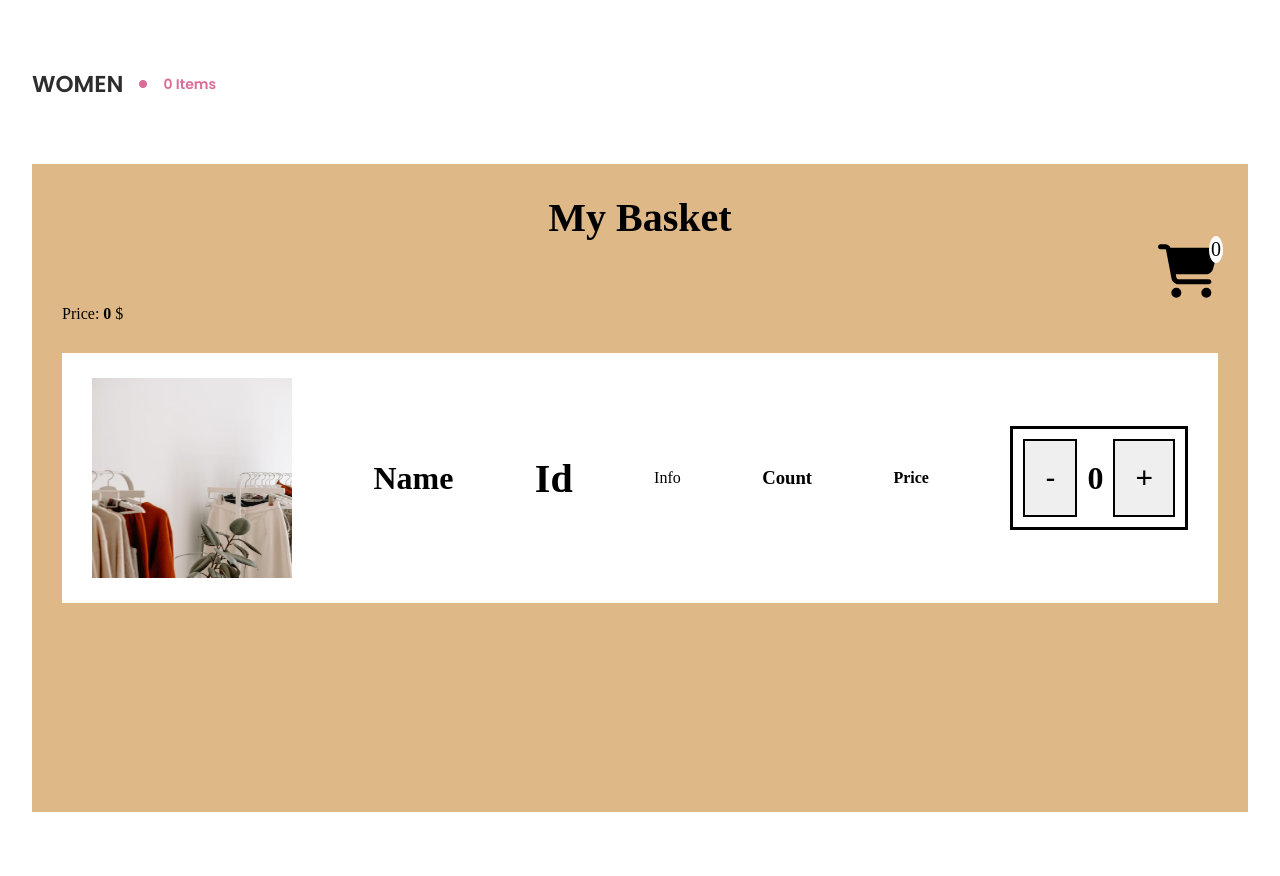
Repository: PoladEziz/Ecommerce-Page
Page: pages/shopPage/index.html
An editor plug-in stored every save of this project. The page is shown before and after the next save, followed by the edit.
The browser window is 1280 px wide. The pictures show the whole page.

Above is the page before, as saved 2023-11-09 15:54:49.
Console error: TypeError: Cannot read properties of null (reading 'length')

### pages/shopPage/index.html
<!DOCTYPE html>
<html lang="en">
  <head>
    <meta charset="UTF-8" />
    <meta name="viewport" content="width=device-width, initial-scale=1.0" />
    <title>Document</title>
    <link
      rel="stylesheet"
      href="https://cdnjs.cloudflare.com/ajax/libs/font-awesome/6.4.2/css/all.min.css"
      integrity="sha512-z3gLpd7yknf1YoNbCzqRKc4qyor8gaKU1qmn+CShxbuBusANI9QpRohGBreCFkKxLhei6S9CQXFEbbKuqLg0DA=="
      crossorigin="anonymous"
      referrerpolicy="no-referrer"
    />
    <link rel="stylesheet" href="../../assets/css/reset.css" />
    <link rel="stylesheet" href="./index.css" />
  </head>
  <body>
    <div class="shop-page">
      <div class="head">
        <h1>WOMEN</h1>
        <img src="../../assets/img/Ellipse 1.png" alt="" />
        <h2>0 Items</h2>
      </div>
      <div class="main">
        <ul>
          <!-- <li>
            <div class="image-box">
              <img
                class="main-photo"
                src="../../assets/img/image 13.png"
                alt=""
              />
              <div class="buttons-box">
                <div class="ratigns">
                  <img
                    src="../../assets/img/icon emojione-star.png"
                    alt=""
                    srcset=""
                  />
                  <h5>4.3</h5>
                </div>
                <button>
                  <img src="../../assets/img/no-fav.svg" alt="" />
                </button>
              </div>
            </div>

            <h3>Forever 21</h3>
            <p>Plush body-hug sweater</p>
            <h4>Rs. 1790</h4>
            <div class="buttons">
              <button class="add">
                <i class="fa-solid fa-cart-shopping"></i>
              </button>
              <button class="delete">
                <i class="fa-sharp fa-solid fa-trash"></i>
              </button>
            </div>
          </li> -->
        </ul>
      </div>
      <div class="basket">
        <h2>My Basket</h2>
        <div class="basket-icon">
          <img class="shop-icon-img" src="../../assets/img/cart-shopping-solid.svg" alt="">
          <p class="number-p">0</p>
        </div>
        <p>Price: <b class="total-price">0</b> $</p>
        <ul>
          <li><img src="../../assets/img/image 1.png" alt="">
          <h1>Name</h1>
          <h2>Id</h2>
          <p>Info</p>
          <h3>Count</h3>
          <h4>Price</h4>
          <div class="counter-div">
            <button class="decrease">-</button>
            <h1 class="counter">0</h1>
            <button class="increase">+</button>
          </div>
          </li>
        </ul>
      </div>
    </div>
  </body>
  <script src="./index.js"></script>
</html>

### assets/css/reset.css
*{
    padding: 0;
    margin: 0;
    box-sizing: border-box;
}
button{
    border: none;
}
li{
    list-style-type: none;
}
a{
    text-decoration: none;
}

### pages/shopPage/index.css
@import url("https://fonts.googleapis.com/css2?family=Poppins:wght@400;600&display=swap");
.shop-page {
  width: 100%;
  min-height: 100vh;
  padding: 64px 32px;
}
.shop-page .head {
  display: flex;
  align-items: center;
  margin-bottom: 40px;
}
.shop-page .head h1 {
  color: var(--text-color-primary, #2d2d2d);
  font-family: Poppins;
  font-size: 23px;
  font-style: normal;
  font-weight: 600;
  line-height: 32px;
}
.shop-page .head img {
  width: 8px;
  height: 8px;
  margin: 16px;
}
.shop-page .head h2 {
  color: var(--text-color-accent, #db6b97);
  font-family: Poppins;
  font-size: 14px;
  font-style: normal;
  font-weight: 600;
  line-height: 24px;
}
.shop-page .main ul {
  display: grid;
  grid-template-columns: repeat(4, 1fr);
  grid-row-gap: 50px;
  grid-column-gap: 120px;
}
.shop-page .main ul li {
  display: flex;
  flex-direction: column;
  gap: 16px;
}
.shop-page .main ul li .image-box {
  position: relative;
}
.shop-page .main ul li .image-box button {
  background: none;
}
.shop-page .main ul li .image-box .buttons-box {
  width: 100%;
  padding: 0 16px;
  position: absolute;
  bottom: 24px;
  display: flex;
  justify-content: space-between;
}
.shop-page .main ul li .ratigns {
  width: 55px;
  height: 24px;
  padding: 4px 8px;
  border-radius: 4px;
  background: var(--text-color-secondary, #fff);
  display: flex;
}
.shop-page .main ul li .ratigns h5 {
  margin-left: 4px;
  color: var(--text-color-primary, #2d2d2d);
  font-family: Poppins;
  font-size: 12px;
  font-style: normal;
  font-weight: 600;
  line-height: 16px;
}
.shop-page .main ul li .main-photo {
  width: 100%;
  height: 360px;
}
.shop-page .main ul li h3 {
  color: var(--text-color-primary, #2d2d2d);
  font-family: Poppins;
  font-size: 16px;
  font-style: normal;
  font-weight: 600;
  line-height: 24px;
}
.shop-page .main ul li p {
  color: var(--text-color-tertiary, #737373);
  font-family: Poppins;
  font-size: 14px;
  font-style: normal;
  font-weight: 400;
  line-height: 24px;
}
.shop-page .main ul li h4 {
  color: var(--text-color-accent, #db6b97);
  font-family: Poppins;
  font-size: 14px;
  font-style: normal;
  font-weight: 600;
  line-height: 24px;
}
.shop-page .main ul li .buttons {
  display: flex;
  align-items: center;
  justify-content: space-between;
}
.shop-page .main ul li .buttons i {
  font-size: 20px;
}
.shop-page .basket {
  width: 100%;
  min-height: 90vh;
  margin-top: 20px;
  padding: 30px;
  background-color: burlywood;
}
.shop-page .basket h2 {
  font-size: 40px;
  text-align: center;
}
.shop-page .basket .basket-icon {
  width: 60px;
  margin-left: auto;
  position: relative;
}
.shop-page .basket .basket-icon .shop-icon-img {
  width: 60px;
  height: 60px;
}
.shop-page .basket .basket-icon .number-p {
  position: absolute;
  top: -5px;
  right: -5px;
  font-size: 20px;
  background-color: #FFF;
  border: 2px solid white;
  border-radius: 50%;
}
.shop-page .basket ul {
  margin-top: 30px;
  display: flex;
  flex-direction: column;
}
.shop-page .basket ul li {
  display: flex;
  align-items: center;
  justify-content: space-between;
  padding: 30px;
  width: 100%;
  height: 250px;
  background-color: #FFF;
}
.shop-page .basket ul li img {
  width: 200px;
  height: 200px;
}
.shop-page .basket ul li .counter-div {
  display: flex;
  align-items: center;
  border: 3px solid black;
}
.shop-page .basket ul li .counter-div button {
  border: 2px solid black;
  padding: 20px;
  margin: 10px;
  font-size: 30px;
}/*# sourceMappingURL=index.css.map */

### pages/shopPage/index.js
let ul = document.querySelector("ul");
let h2 = document.querySelector("h2");
function getProduct() {
  let data = JSON.parse(localStorage.getItem("product"));

  h2.innerText = ` ${data.length} Items`;
  data.forEach((element) => {
    ul.innerHTML += `
    <li>
    <div class="image-box">
      <img
        class="main-photo"
        src="${element.productImg}"
        alt=""
      />
      <div class="buttons-box">
        <div class="ratigns">
          <img
            src="../../assets/img/icon emojione-star.png"
            alt=""
            srcset=""
          />
          <h5>4.3</h5>
        </div>
        <button class="no-fav-btn">
        <img class="no-fav" src="../../assets/img/no-fav.svg" alt="">
        </button>
      </div>
    </div>

    <h3>${element.productName} <br> # <span>${element.productId} </span>  </h3>
    <h5>${element.productInfo} <br> <p>${element.productCount}</p></h5>
    <h4>$ ${element.productAmount}</h4>
<div class="buttons">
<button class="add">
  <i class="fa-solid fa-cart-shopping"></i>
</button>
<button class="delete">
  <i class="fa-sharp fa-solid fa-trash"></i>
</button>
</div>
   </li>
   `;
  });
}
getProduct();
// fav action
let fav = false;
let noFavBtn = document.querySelectorAll(".no-fav-btn");
noFavBtn.forEach((element) => {
  element.addEventListener("click", () => checkFav(element));
});
function checkFav(element) {
  if (fav) {
    element.querySelector("img").src = "../../assets/img/no-fav.svg";
    fav = false;
  } else {
    element.querySelector("img").src = "../../assets/img/fav.svg";
    fav = true;
  }
}
// delete action
let deleteBtn = document.querySelectorAll(".delete");
deleteBtn.forEach((element) => {
  element.addEventListener("click", () => deleteProduct(element));
});
function deleteProduct(element) {
  let data = JSON.parse(localStorage.getItem("product"));
  let productId =
    element.parentElement.parentElement.querySelector("span").innerText;
  let productCount = element.parentElement.parentElement.querySelector("h5 p");

  if (productCount.innerText > 1) {
    productCount.innerText = productCount.innerText - 1;
    editLocalStorage(productId, data);
  } else {
    element.parentElement.parentElement.remove();
    removeLocalStorage(productId, data);
  }
}

// delete from localStorage
function editLocalStorage(id, data) {
  data.forEach((element) => {
    if (element.productId == id) {
      element.productCount--;
      localStorage.setItem("product", JSON.stringify(data));
    }
  });
}

function removeLocalStorage(id, data) {
  let newArr = data.filter((object) => {
    return object.productId != id;
  });
  localStorage.setItem("product", JSON.stringify(newArr));
}



// add to basket
let addBtns=document.querySelectorAll('.add')
let basketCount= document.querySelector('.number-p')
let totalPrice=document.querySelector('.total-price')
addBtns.forEach((element)=>{
  element.addEventListener('click', ()=>addBasket(element))
})

function addBasket(event){
  console.log(event);
}

After the next save:
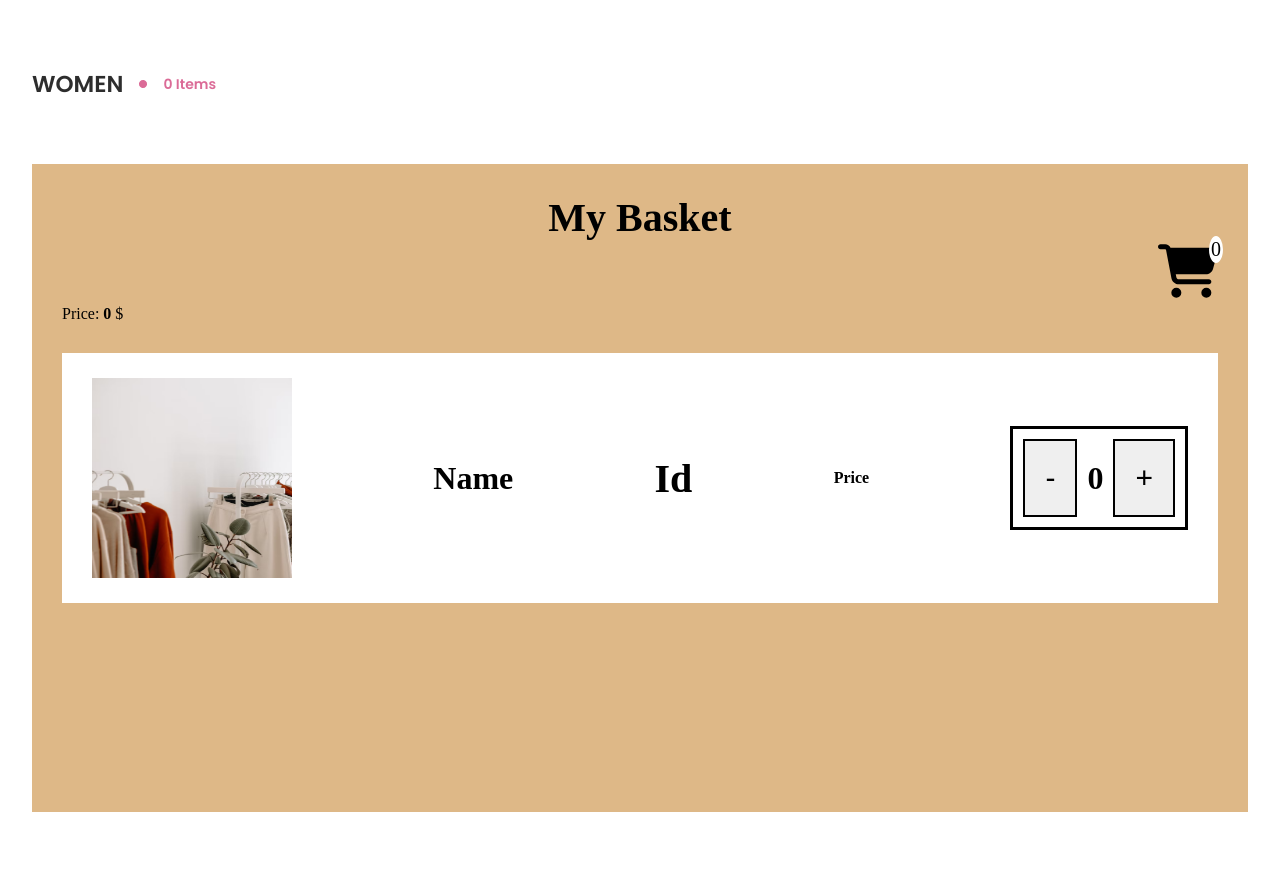
Saved 42 s later.
--- a/pages/shopPage/index.html
+++ b/pages/shopPage/index.html
@@ -70,8 +70,6 @@
           <li><img src="../../assets/img/image 1.png" alt="">
           <h1>Name</h1>
           <h2>Id</h2>
-          <p>Info</p>
-          <h3>Count</h3>
           <h4>Price</h4>
           <div class="counter-div">
             <button class="decrease">-</button>
